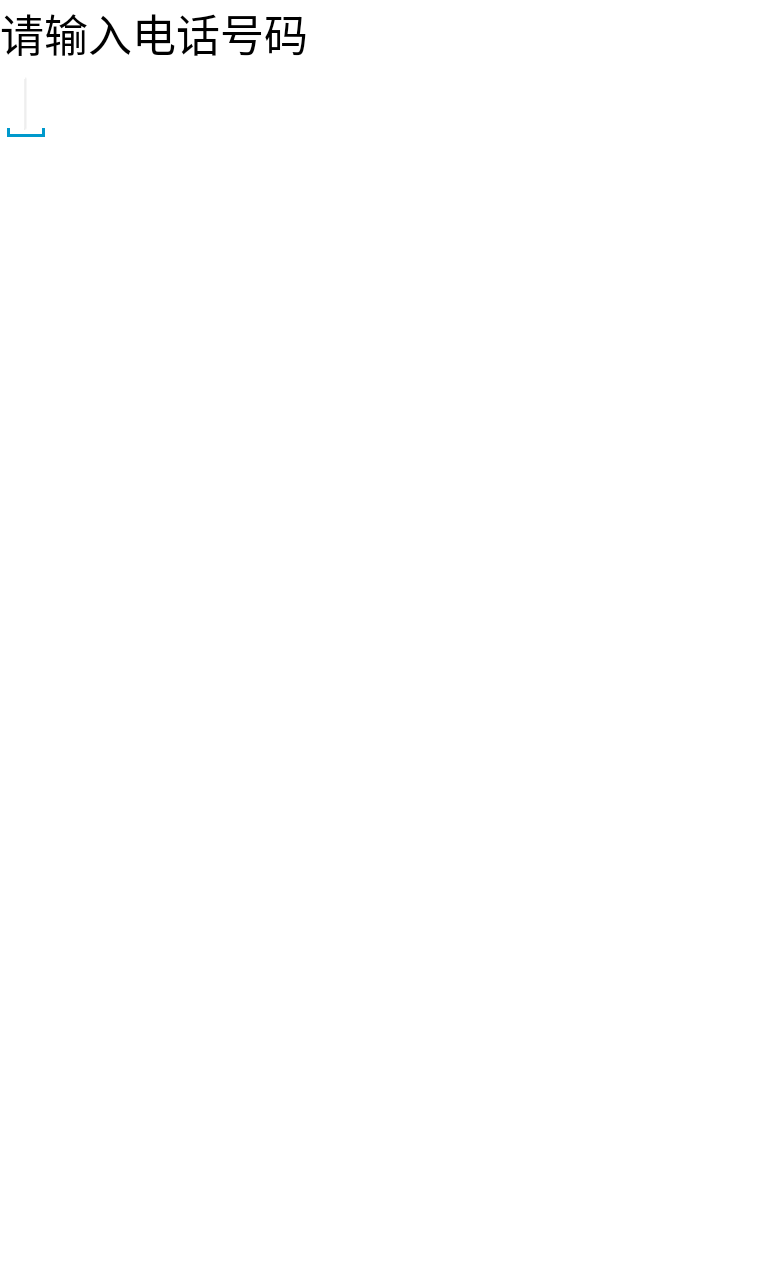
Repository: qq839924354/day01
Layout: code/Phone/res/layout/activity_main.xml
The author's editor kept a copy of each file at every save. The layout is drawn from the files as they stood at one save, then again after the next save.
It is drawn on a 768 x 1280 px phone screen (xhdpi) without system bars, with theme AppTheme; the app's code is not run.

Above is the layout before, as saved 2013-02-28 06:15:32.

### code/Phone/res/layout/activity_main.xml
<LinearLayout xmlns:android="http://schemas.android.com/apk/res/android"
    xmlns:tools="http://schemas.android.com/tools"
    android:layout_width="match_parent"
    android:layout_height="match_parent"
    android:orientation="vertical"
    tools:context=".MainActivity" >

    <TextView
        android:id="@+id/textView1"
        android:layout_width="wrap_content"
        android:layout_height="wrap_content"
        android:text="@string/please_input_number"
        android:textAppearance="?android:attr/textAppearanceLarge" />

    <EditText
        android:id="@+id/editText1"
        android:layout_width="wrap_content"
        android:layout_height="wrap_content"
        android:inputType="phone" >

        <requestFocus />
    </EditText>

</LinearLayout>

### code/Phone/res/values/strings.xml
<?xml version="1.0" encoding="utf-8"?>
<resources>

    <string name="app_name">Phone</string>
    <string name="hello_world">Hello world!</string>
    <string name="menu_settings">Settings</string>
    <string name="dail">拨打电话</string>
    <string name="please_input_number">请输入电话号码</string>

</resources>

Loaded but not shown: code/Phone/res/values/styles.xml (common file); code/Phone/res/values-v11/styles.xml (common file); code/Phone/res/values-v14/styles.xml (common file)

After the next save:
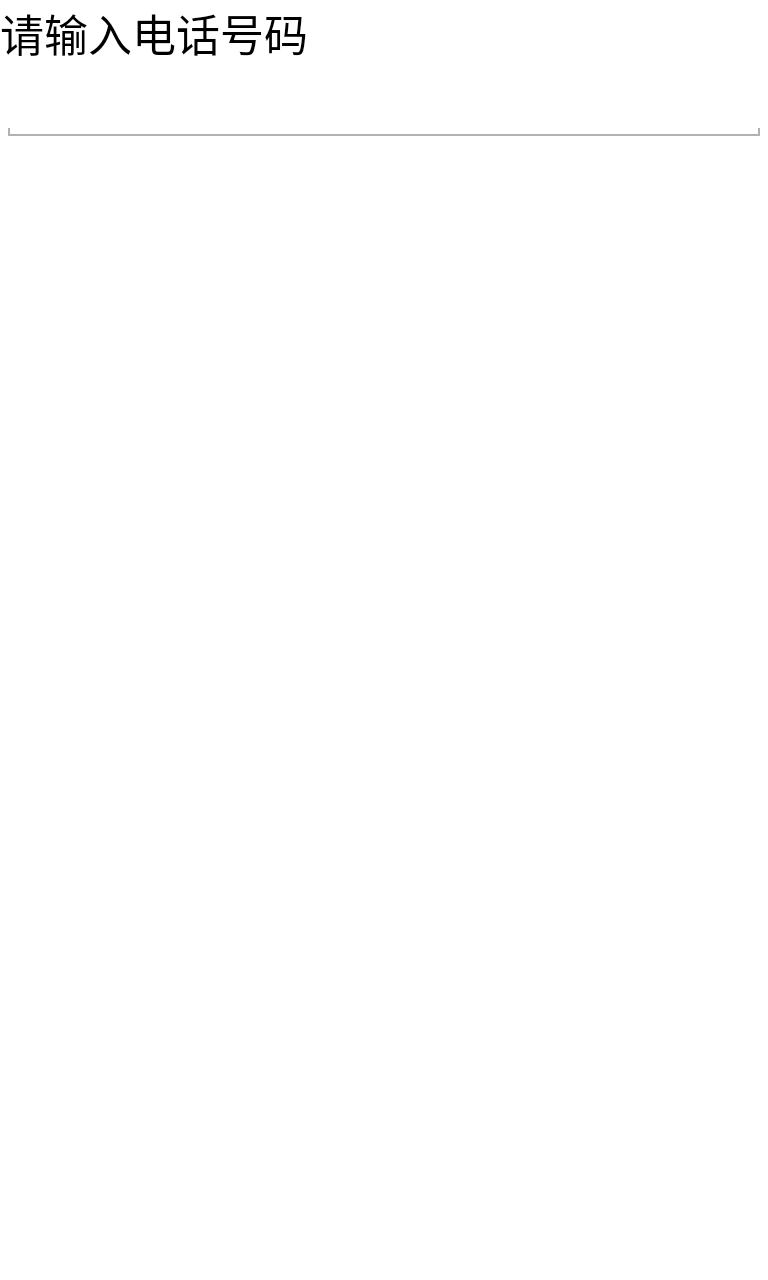
Saved 14 s later.
--- a/code/Phone/res/layout/activity_main.xml
+++ b/code/Phone/res/layout/activity_main.xml
@@ -14,11 +14,10 @@
 
     <EditText
         android:id="@+id/editText1"
-        android:layout_width="wrap_content"
+        android:layout_width="fill_parent"
         android:layout_height="wrap_content"
         android:inputType="phone" >
 
-        <requestFocus />
     </EditText>
 
 </LinearLayout>
